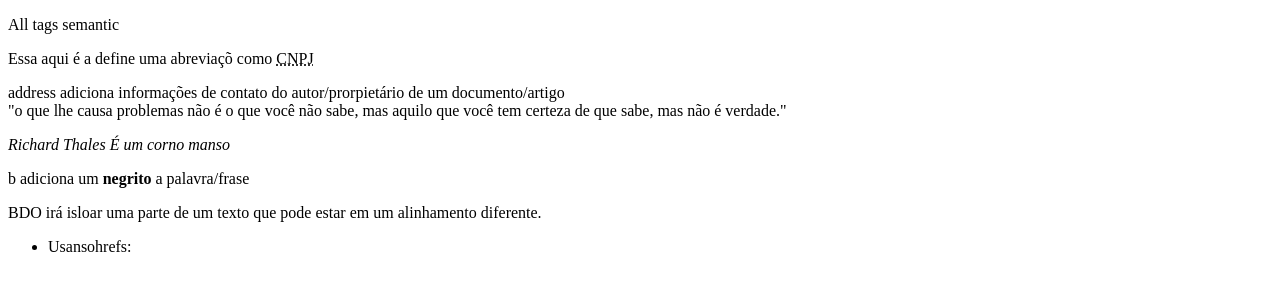
Repository: ErikMesquita/Danki-Code
Page: formatação/index.html
An editor plug-in stored every save of this project. The page is shown before and after the next save, followed by the edit.
The browser window is 1280 px wide. The pictures show the whole page.

Above is the page before, as saved 2023-10-28 11:08:41.

After the next save:
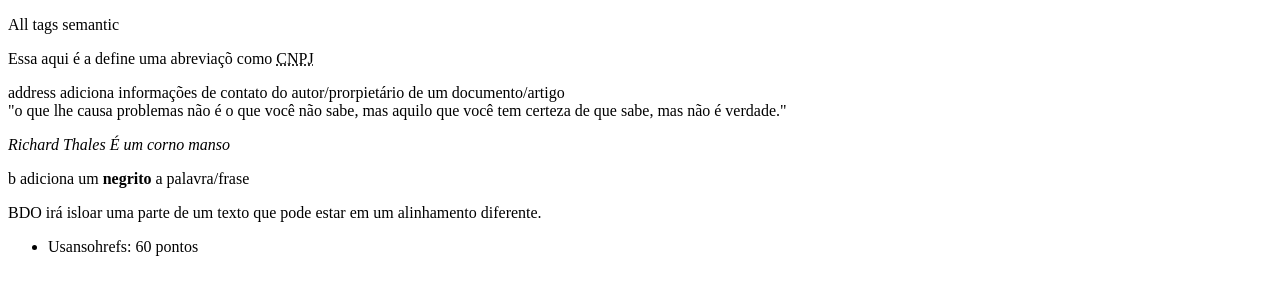
Saved 5 s later.
--- a/formatação/index.html
+++ b/formatação/index.html
@@ -74,7 +74,7 @@
 
     <p>BDO irá isloar uma parte de um texto que pode estar em um alinhamento diferente. <br>
     <ul>
-        <li>Usanso<bdi>hrefs</bdi>:</li>
+        <li>Usanso<bdi>hrefs</bdi>: 60 pontos</li>
     </ul>
     </p>
 
